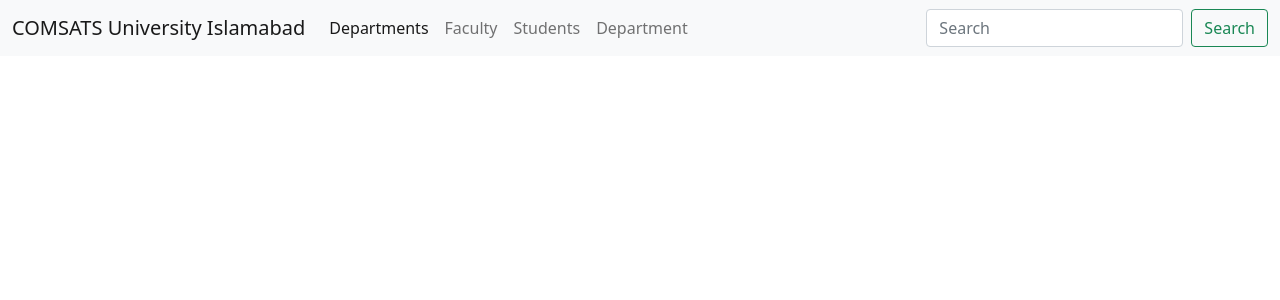
Repository: SaudCh/Web-Mid-Exams
Page: /error
An editor plug-in stored every save of this project. The page is shown before and after the next save, followed by the edit.
The browser window is 1280 px wide. The pictures show the whole page.
The project was rebuilt for these pictures with package versions that can differ from the ones it lists, and the page was loaded fresh each time.

Above is the page before, as saved 2021-11-22 10:32:28.

### src/App.js
import React from "react";
import { BrowserRouter as Router, Switch, Route, Link } from "react-router-dom";
import "../node_modules/bootstrap/dist/css/bootstrap.min.css";
import "../node_modules/bootstrap/dist/js/bootstrap.bundle.min";
import Header from "./Shared/Header";

export default function App() {
  return (
    <Router>
      <Header />
    </Router>
  );
}

### src/Shared/Header.jsx
import React from "react";
import { Link } from "react-router-dom";
export default function Header() {
  return (
    <nav class="navbar navbar-expand-lg navbar-light bg-light">
      <div class="container-fluid">
        <Link to="/" class="navbar-brand" href="#">
          COMSATS University Islamabad
        </Link>
        <button
          class="navbar-toggler"
          type="button"
          data-bs-toggle="collapse"
          data-bs-target="#navbarSupportedContent"
          aria-controls="navbarSupportedContent"
          aria-expanded="false"
          aria-label="Toggle navigation"
        >
          <span class="navbar-toggler-icon"></span>
        </button>
        <div class="collapse navbar-collapse" id="navbarSupportedContent">
          <ul class="navbar-nav me-auto mb-2 mb-lg-0">
            <li class="nav-item">
              <Link to="/" class="nav-link active" aria-current="page" href="#">
                Departments
              </Link>
            </li>
            <li class="nav-item">
              <Link to="/" class="nav-link" href="#">
                Faculty
              </Link>
            </li>

            <li class="nav-item">
              <Link
                to="/"
                class="nav-link"
                href="#"
                tabindex="-1"
                aria-disabled="true"
              >
                Students
              </Link>
            </li>
            <li class="nav-item">
              <Link
                to="/"
                class="nav-link"
                href="#"
                tabindex="-1"
                aria-disabled="true"
              >
                Department
              </Link>
            </li>
          </ul>
          <form class="d-flex">
            <input
              class="form-control me-2"
              type="search"
              placeholder="Search"
              aria-label="Search"
            />
            <button class="btn btn-outline-success" type="submit">
              Search
            </button>
          </form>
        </div>
      </div>
    </nav>
  );
}

Loaded but not shown: public/index.html (common file); src/index.js (common file); src/index.css (common file); src/reportWebVitals.js (common file)

After the next save:
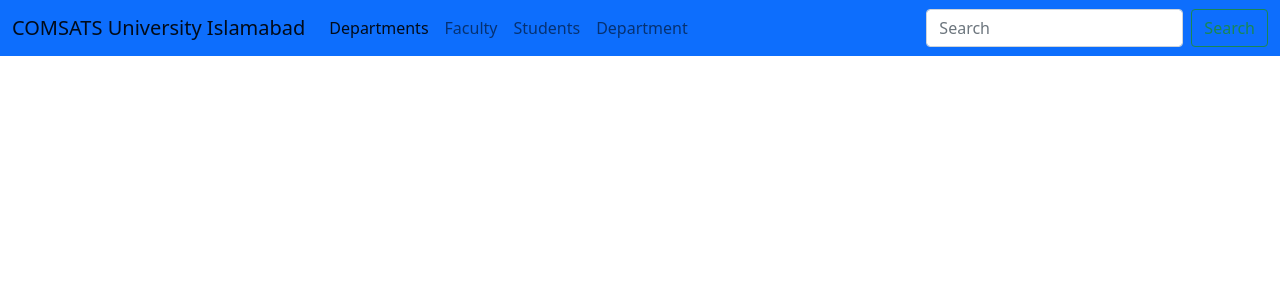
Saved 42 s later.
--- a/src/Shared/Header.jsx
+++ b/src/Shared/Header.jsx
@@ -2,7 +2,7 @@
 import { Link } from "react-router-dom";
 export default function Header() {
   return (
-    <nav class="navbar navbar-expand-lg navbar-light bg-light">
+    <nav class="navbar navbar-expand-lg navbar-light bg-primary">
       <div class="container-fluid">
         <Link to="/" class="navbar-brand" href="#">
           COMSATS University Islamabad
